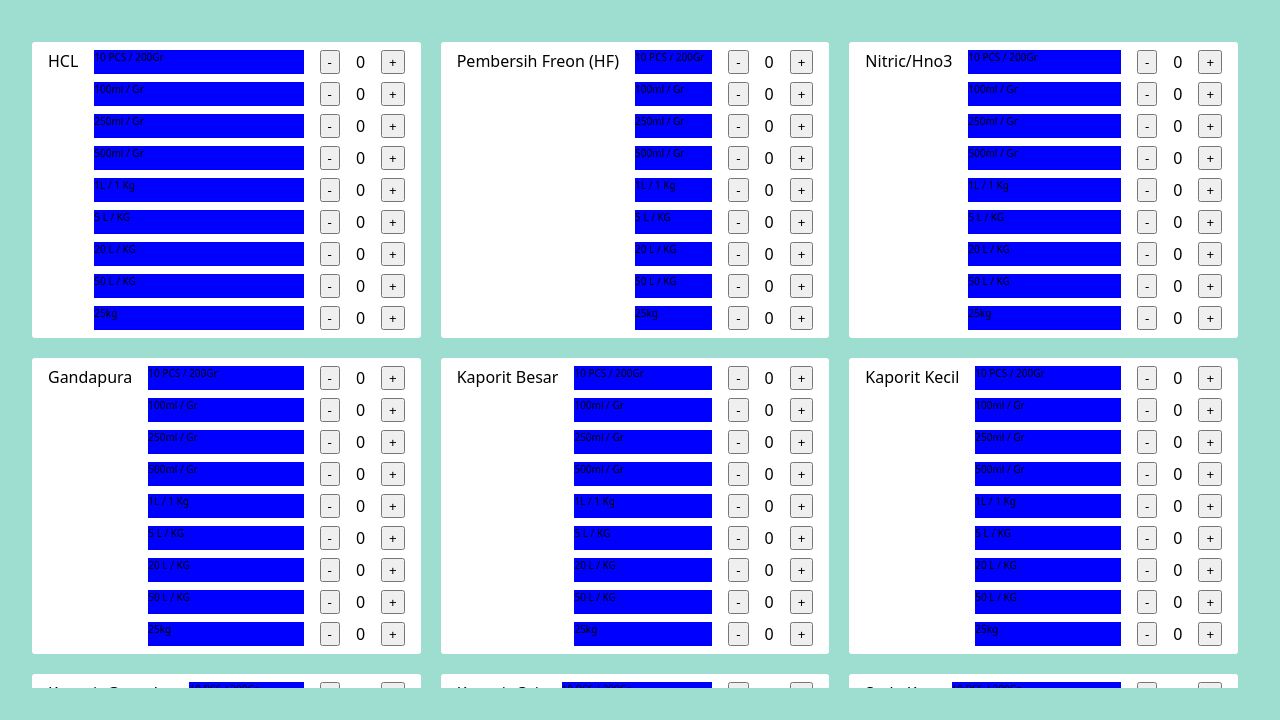
Repository: zuraniumlab-design/upstock-amsk
Page: /
An editor plug-in stored every save of this project. The page is shown before and after the next save, followed by the edit.
The browser window is 1280 px wide. The pictures show the whole page.
An inner scrolling area shows only its first screen. The project was rebuilt for these pictures with package versions that can differ from the ones it lists, and the page was loaded fresh each time. Also part of the build but not shown: vite.config.js.

Above is the page before, as saved 2026-06-18 16:52:08.

### index.html
<!doctype html>
<html lang="en">
  <head>
    <meta charset="UTF-8" />
    <link rel="icon" type="image/svg+xml" href="/favicon.svg" />
    <meta name="viewport" content="width=device-width, initial-scale=1.0" />
    <meta name="author" content="muhammad hakim ilahi">
    <title>UpStock</title>
  </head>
  <body>
    <div id="root"></div>
    <script type="module" src="/src/main.jsx"></script>
  </body>
</html>

### src/main.jsx
import { StrictMode } from 'react'
import { createRoot } from 'react-dom/client'
import './index.css'
import App from './App.jsx'
import { RouterProvider } from 'react-router-dom'
import router from './router.jsx'

createRoot(document.getElementById('root')).render(
  <RouterProvider router={router}></RouterProvider>
)

### src/index.css
* {
  box-sizing: border-box;
  font-family: system-ui, -apple-system, BlinkMacSystemFont, 'Segoe UI', Roboto, Oxygen, Ubuntu, Cantarell, 'Open Sans', 'Helvetica Neue', sans-serif;
}

body {
  margin: 0;
}

div {
  display: flex;
}

### src/router.jsx
import { createBrowserRouter } from "react-router-dom";
import App from "./App";


const router = createBrowserRouter([
  {
    element: <App />,
    path: '/'
  }
])

export default router

### src/App.module.css
.container {
  background-color: #9eded0;
  height: 100vh;
  width: 100vw;
  padding: 2rem;
}

/*? SIDEBAR START */
.sidebar {

}
/*? SIDEBAR END */

.content {
  height: calc(100vh - 4rem);
  width: 100%;
  overflow: hidden;
  position: relative;
  flex-direction: column;
}

.head {
  height: 10px;
}

.items {
  height: 100%;
  width: calc(100vw - 4rem);
  padding-right: 10px;
  overflow-y: auto;
  overflow-x: hidden;
  gap: 20px;
  flex-wrap: wrap;
}
.item {
  background-color: #fff;
  padding: 0.5rem 1rem;
  border-radius: 3px;
  width: fit-content;
  min-width: 30vw;
  justify-content: space-between;
  flex: 1;
  gap: 1rem;
}

.weights {
  justify-content: space-between;
  gap: 0.5rem;
  flex-direction: column;
  flex: 1;
}

.weight {
  gap: 1rem;
}

.display {
  flex: 1;
  background-color: blue;
  font-size: 10px;
}

.stock {
  align-items: center;
  justify-content: center;
  gap: 1rem;
}

Loaded but not shown: src/App.jsx (1552 lines, source omitted)

After the next save:
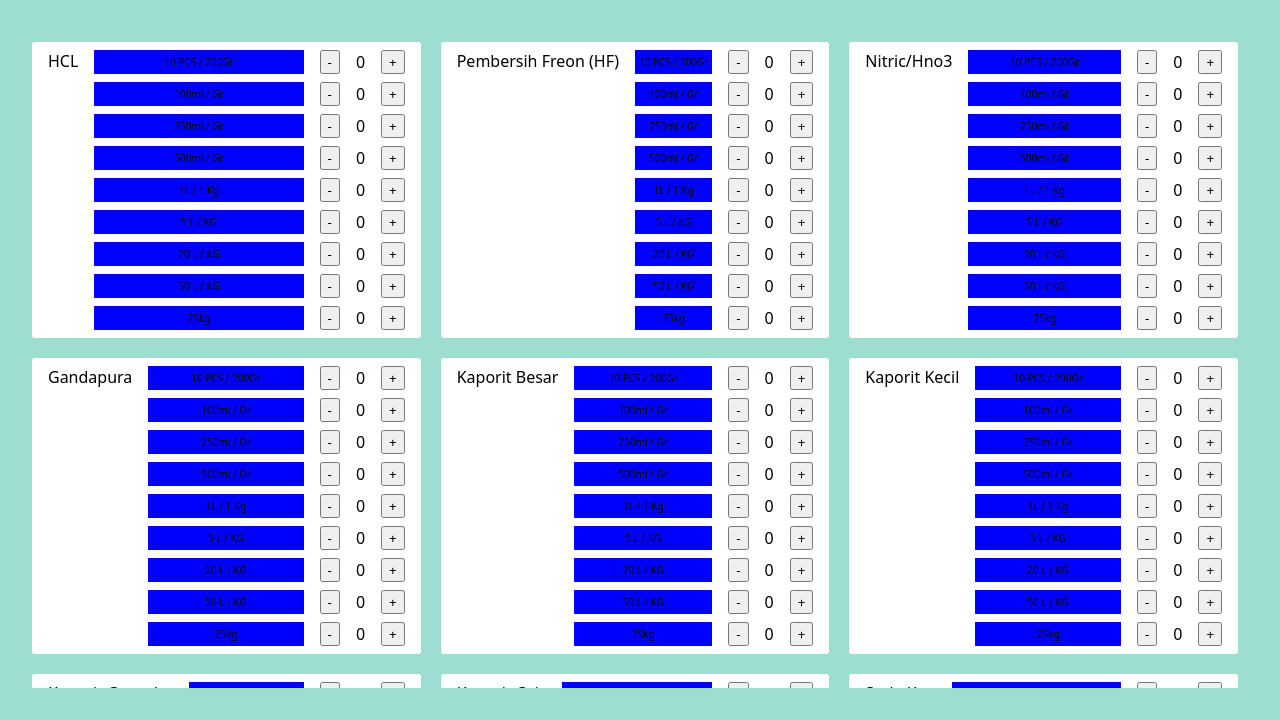
Saved 8 s later.
--- a/src/App.module.css
+++ b/src/App.module.css
@@ -58,6 +58,8 @@
   flex: 1;
   background-color: blue;
   font-size: 10px;
+  align-items: center;
+  justify-content: center;
 }
 
 .stock {
